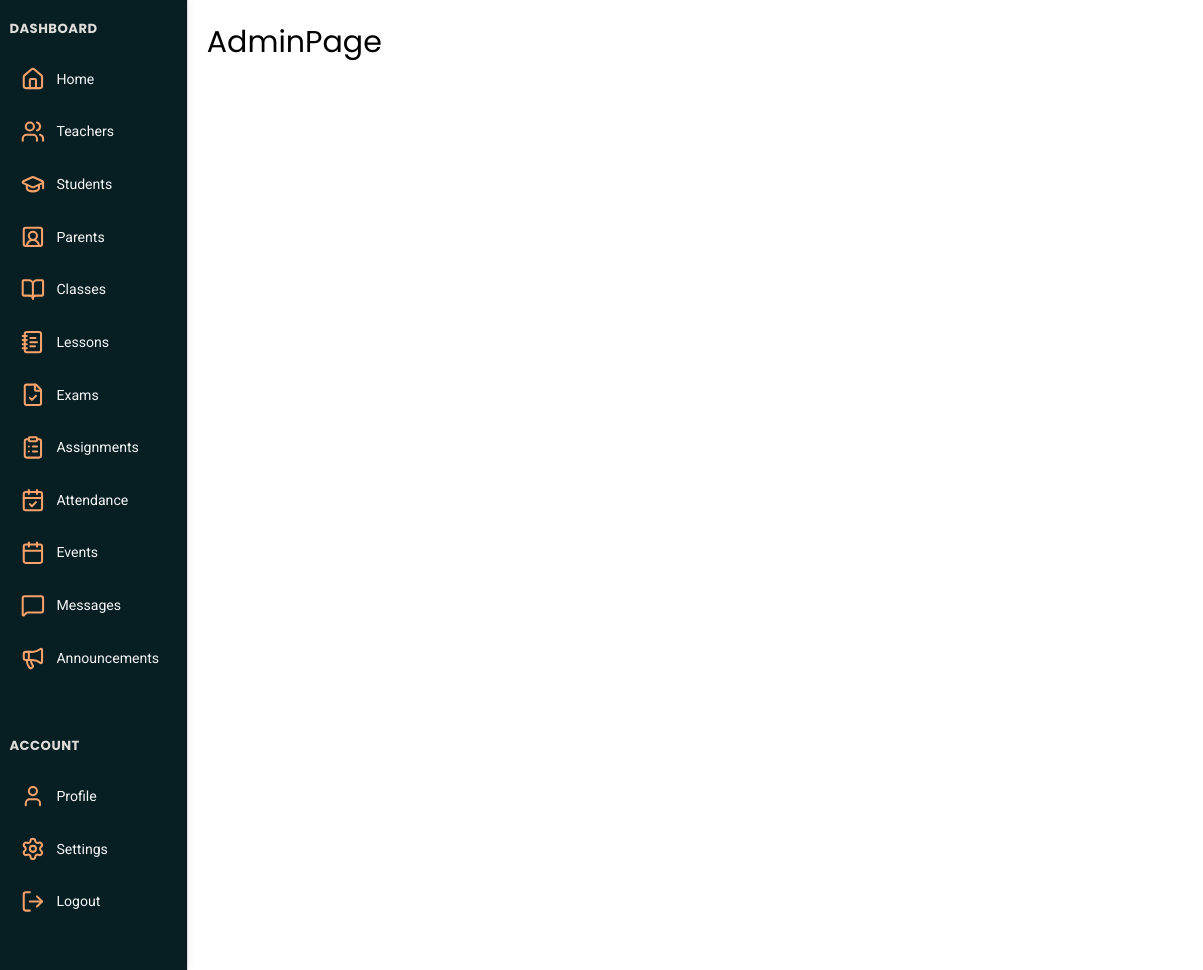
Repository: GlorifiedIntel/student-portal
Page: /admin
An editor plug-in stored every save of this project. The page is shown before and after the next save, followed by the edit.
The browser window is 1280 px wide. The pictures show the whole page, at 94% of full size.
The project was rebuilt for these pictures with package versions that can differ from the ones it lists, and the page was loaded fresh each time. The framework's server and built-in components were replaced by stand-ins that run in the browser. Also part of the build but not shown: next.config.mjs.

Above is the page before, as saved 2025-08-21 17:10:04.

After the next save:
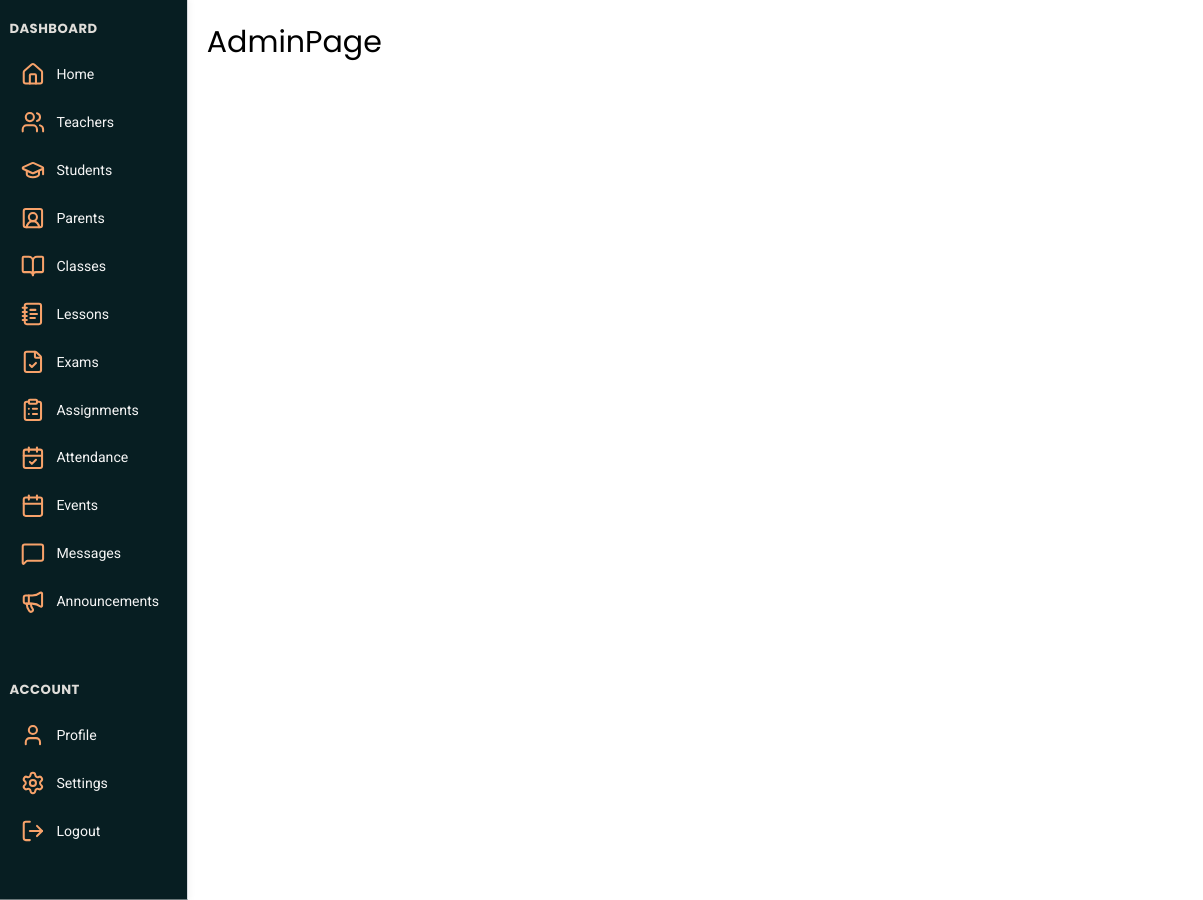
Saved 89 s later.
--- a/src/components/Menu.module.css
+++ b/src/components/Menu.module.css
@@ -16,7 +16,7 @@
 .menu-section {
   display: flex;
   flex-direction: column;
-  gap: 10px;
+  gap: 5px;
   margin-bottom: 30px;
 }
 
